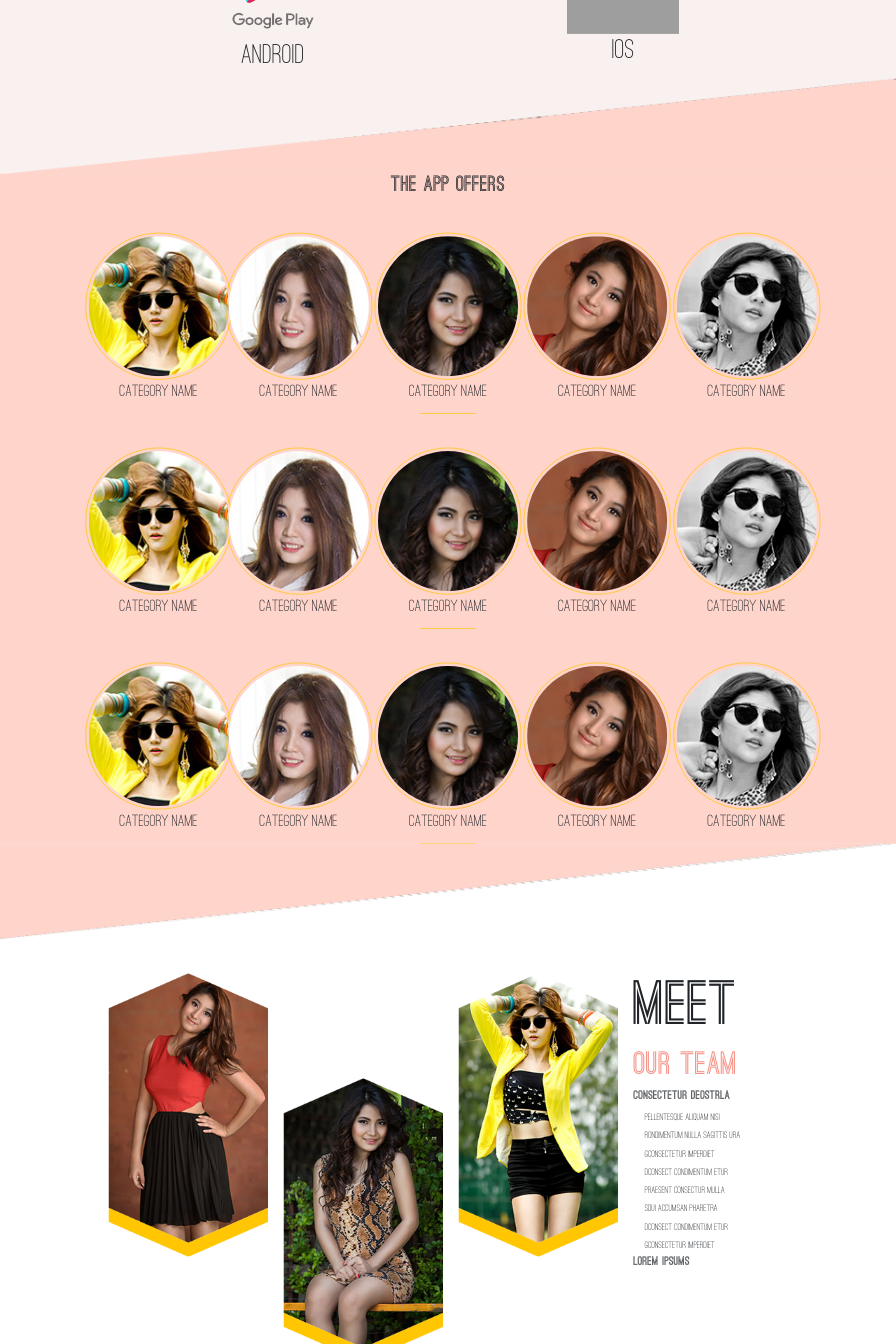
Repository: Demonster1999/newshoperrepo
Page: index.html
The author's editor kept a copy of each file at every save. The page is drawn from the files as they stood at one save, then again after the next save.
The browser window is 1280 px wide. The pictures show the part of the page from y = 1249 to 3169 px (the page is 5540 px tall before and 5558 px after), at 70% of full size.
Pictures or frames that could not be fetched are drawn as grey boxes. Some web libraries are served in a nearby version.

Above is the page before, as saved 2020-07-21 14:24:03.
Console error: TypeError: Cannot read properties of null (reading 'getContext')

After the next save:
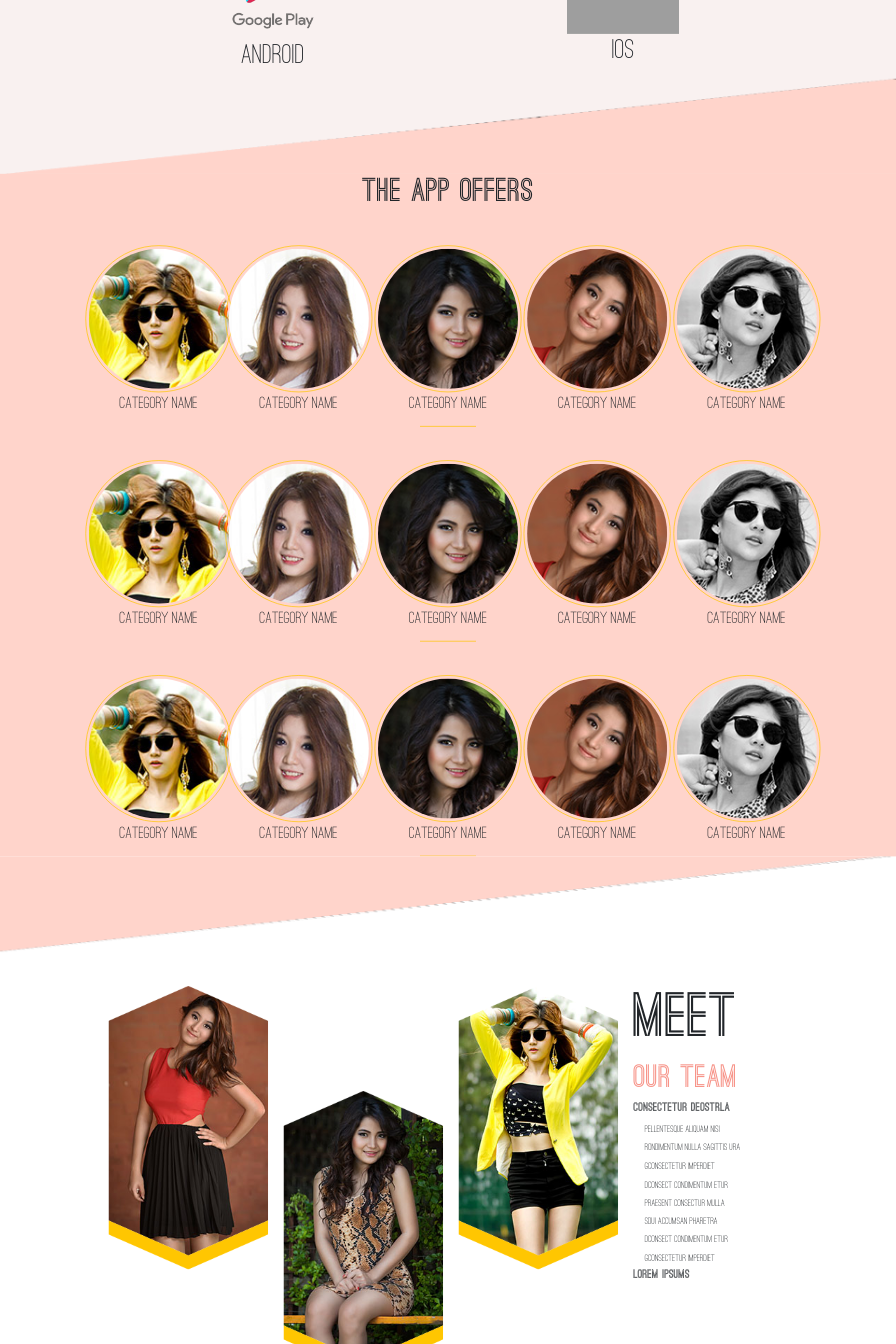
Saved 20 s later.
--- a/index.html
+++ b/index.html
@@ -170,7 +170,7 @@
 <section class="tm-dark-bg tm-section" id="portfolio">
 			<div class="container-fluid">
 
-<h1 style="font-weight: bold; font-size: 30px;" class="text-center"> The App Offers  </h1>
+<h1 style="font-weight: bold; font-size: 45px;" class="text-center"> The App Offers  </h1>
 <div class="  row text-center mt-5 ">
 	<div class="col-md-1"></div>
 	<div class="col-md-2 text-center">
